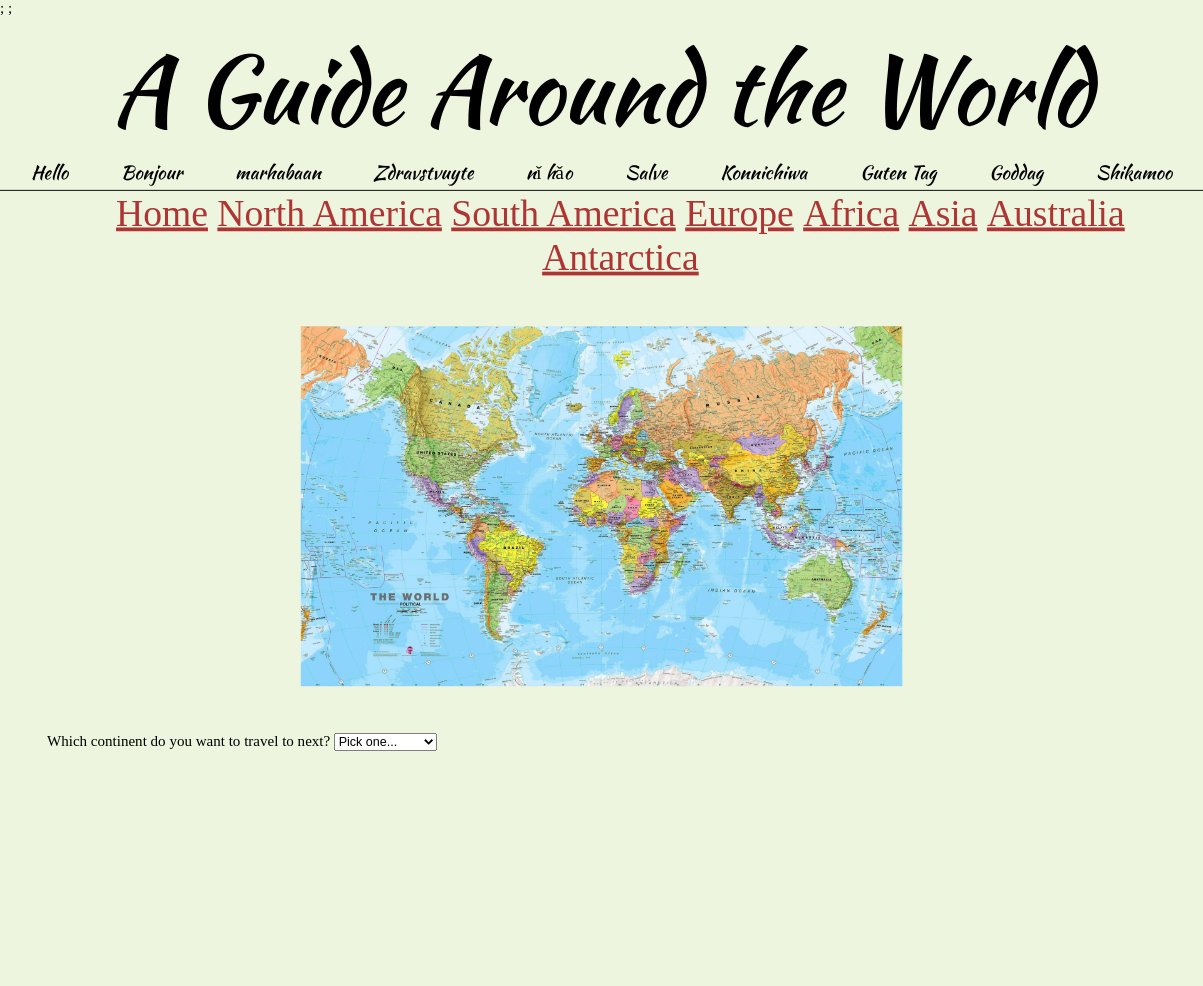
Repository: alharama/StaticWebsite
Page: index.html
These files come from the project's save history. The page is drawn as it stood at one moment and after the next save; the edit follows.
The browser window is 1280 px wide. The pictures show the whole page, at 94% of full size.

Above is the page before, as saved 2021-09-30 00:24:34.

### index.html
<!DOCTYPE html>
<html>
<head>

    <link rel = "stylesheet" type="text/css" href="StyleSheet.css">;
    <link rel="icon" href="World.ico">;

    <title> A Guide Around the World</title>

    <style>

        @import url('https://fonts.googleapis.com/css2?family=Kaushan+Script&display=swap');

        #worldmap {
            display: block;
            margin-left: auto;
            margin-right: auto;
            margin-top: 50px;
            width: 50%;

        }

        @media screen and (max-width: 1024px) {
            header {
                width: 100%;
            }
        }
        @media screen and (max-width: 480px) {
            header {
                width: 100%;
            }
        }



    </style>

</head>

    <header>
        A Guide Around the World


        <div id="languages">
            <span>Hello</span>
            <span>Bonjour</span>
            <span>marhabaan</span>
            <span>Zdravstvuyte</span>
            <span>nǐ hǎo</span>
            <span>Salve</span>
            <span>Konnichiwa</span>
            <span>Guten Tag</span>
            <span>Goddag</span>
            <span>Shikamoo</span>
        </div>
    </header>

    <body>

        <nav class="top_nav">
            <ul id="top_nav">
                <li><a href="/index.html">Home</a></li>
                <li><a href="/na_page.html">North America</a></li>
                <li><a href="/sa_page.html">South America</a></li>
                <li><a href="/eu_page.html">Europe</a></li>
                <li><a href="/af_page.html">Africa</a></li>
                <li><a href="/as_page.html">Asia</a></li>
                <li><a href="/au_page.html">Australia</a></li>
                <li><a href="/ant_page.html">Antarctica</a></li>
            </ul>
        </nav>

        <img id="worldmap" src="images/world_map.jpeg" alt="Map of World">






        <div id="survey">

            Which continent do you want to travel to next?
            <select>
                <option>Pick one...</option>
                <option>North America</option>
                <option>South America</option>
                <option>Asia</option>
                <option>Africa</option>
                <option>Europe</option>
                <option>Australia</option>
                <option>Antarctica</option>
            </select>

        </div>



    </body>

</html>

### StyleSheet.css

 @import url('https://fonts.googleapis.com/css2?family=Kaushan+Script&display=swap');



 header {
    text-align: center;
    padding: 5px;
    font-family: 'Kaushan Script', cursive;
    font-size: 100px;
    border-bottom: 1px solid;

}

body{
    background: rgb(238, 245, 222);
    margin: 0px;
    padding-bottom: 200px;
}

.top_nav {
    width: 100%;
    font-size: 40px;
    text-align: center;
    color: red;

}

.top_nav ul {
    margin: 0px;
    color: blue;
}

.top_nav li {
    display: inline-block;

}

.top_nav a {
    text-decoration:underline;
    color: rgb(175, 52, 52);

}

.top_nav a:hover {
    background-color: lightgray;
}


#languages{

    display: flex;
    font-size: 20px;
    justify-content:space-around;
}



 h1 {
    text-align: center;
    font-family: 'Kaushan Script', cursive;
}

.tourist_spots {
    text-align: center;
}
.tourist_spots li {
    list-style: none;
    text-align: center;
    font-size: 50px;

}


#dest {
    width: 400px;
    height: 300px;
    padding: 50px;
}

#other_dest_header {
    font-size: 50px;
}
.extra_destinations li{
    font-size: 20px;
}

#survey {
    margin: 50px;
}

After the next save:
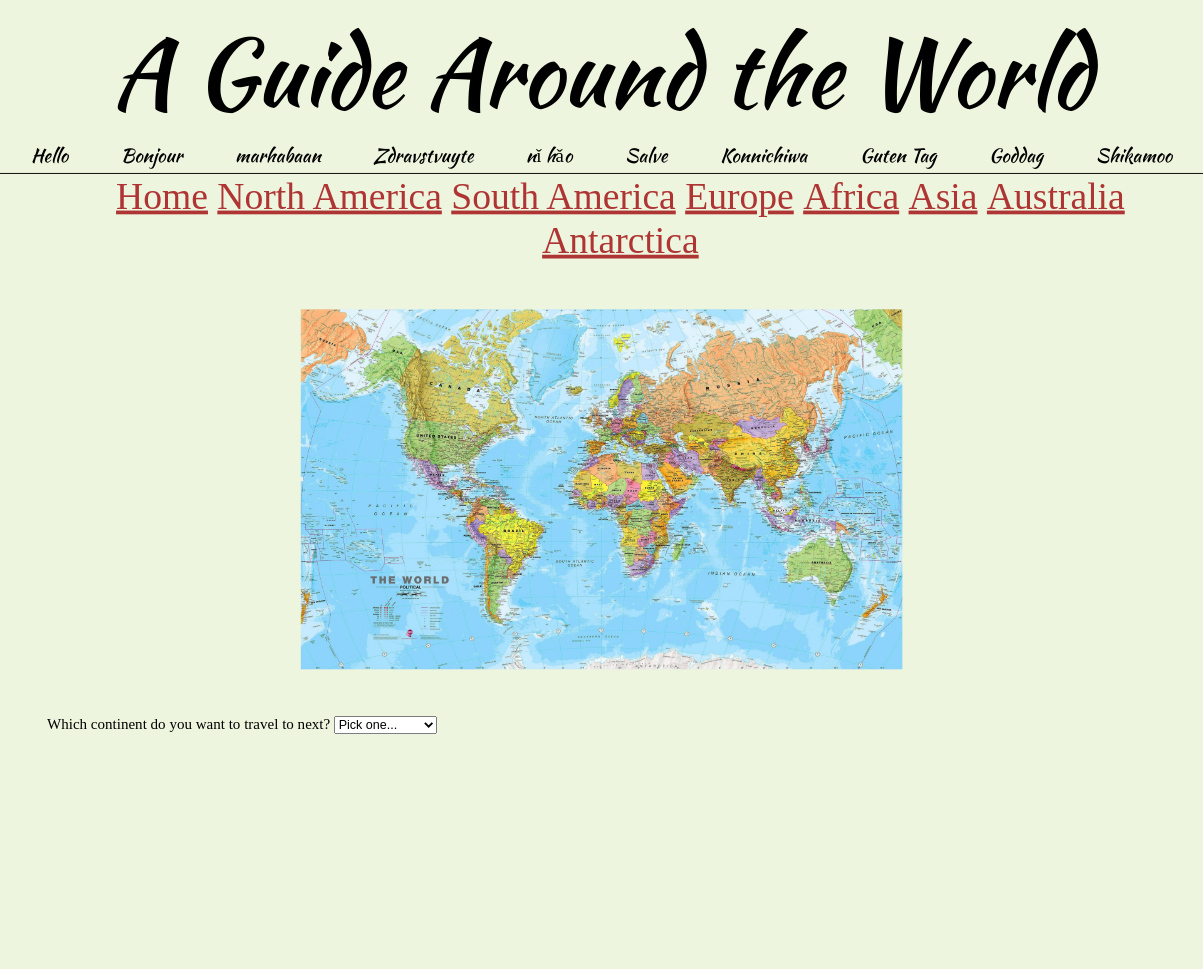
Saved 3 min 27 s later.
--- a/index.html
+++ b/index.html
@@ -1,9 +1,9 @@
 <!DOCTYPE html>
-<html>
+<html lang="en">
 <head>
 
-    <link rel = "stylesheet" type="text/css" href="StyleSheet.css">;
-    <link rel="icon" href="World.ico">;
+    <link rel = "stylesheet" type="text/css" href="StyleSheet.css">
+    <link rel="icon" href="World.ico">
 
     <title> A Guide Around the World</title>
 
